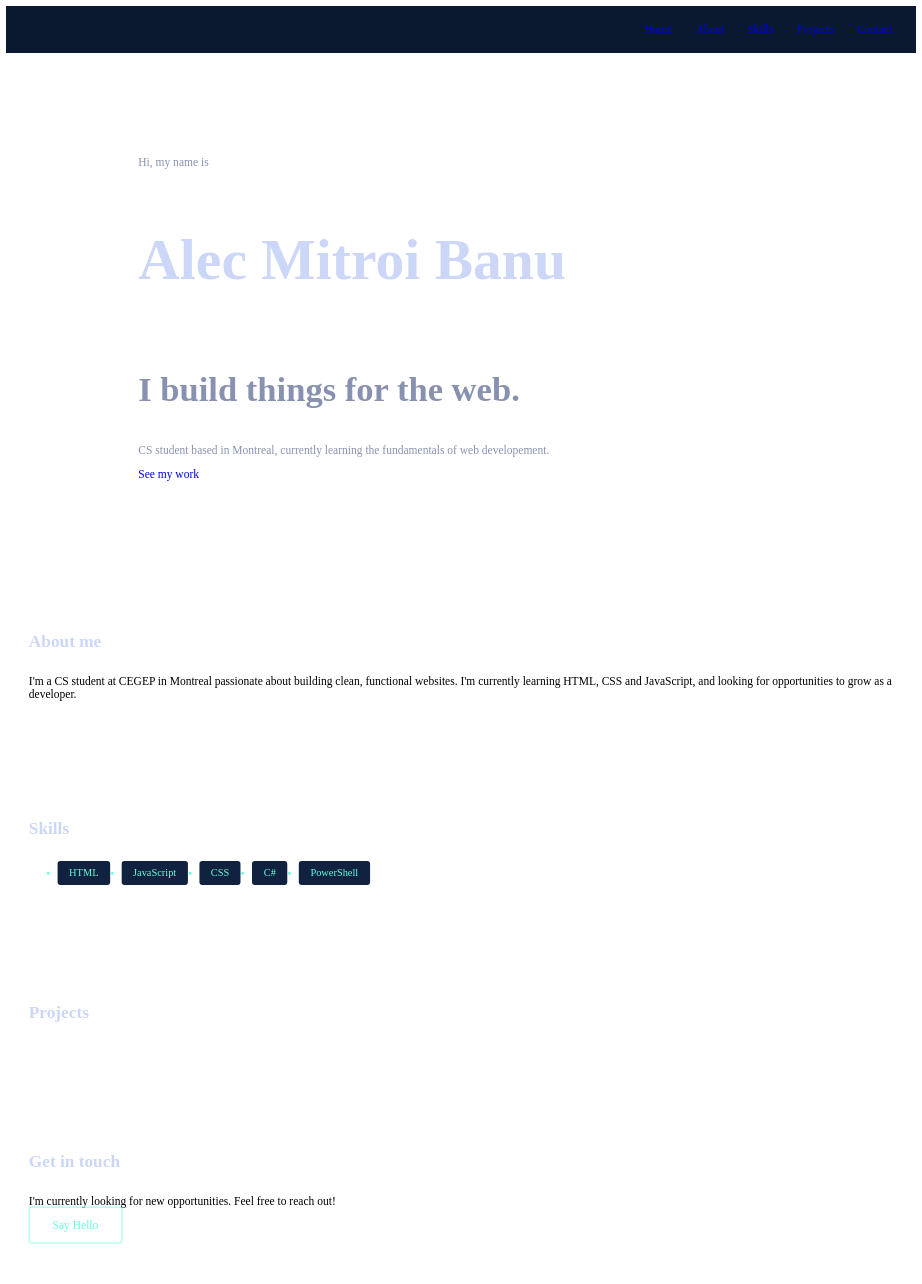
Repository: Alec-Banu/Alec-Banu
Page: index.html
The author's editor kept a copy of each file at every save. The page is drawn from the files as they stood at one save, then again after the next save.
The browser window is 1280 px wide. The pictures show the whole page, at 72% of full size.

Above is the page before, as saved 2026-05-04 12:41:44.

After the next save:
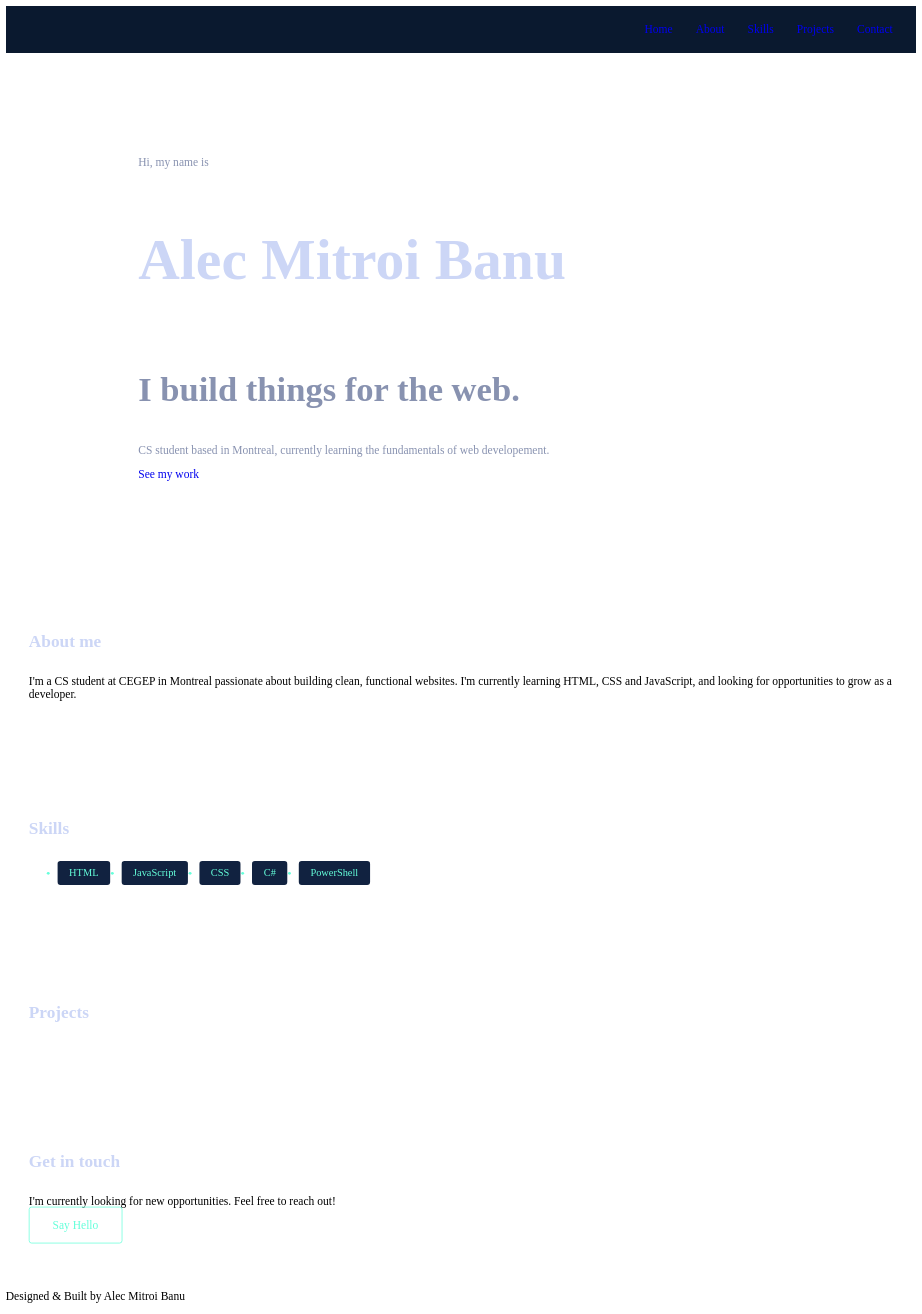
Saved 74 s later.
--- a/index.html
+++ b/index.html
@@ -69,5 +69,8 @@
         <a href="mailto:alecbanu@yahoo.com">Say Hello</a>
       </section>
     </main>
+    <footer>
+      <p>Designed & Built by Alec Mitroi Banu</p>
+    </footer>
   </body>
 </html>
